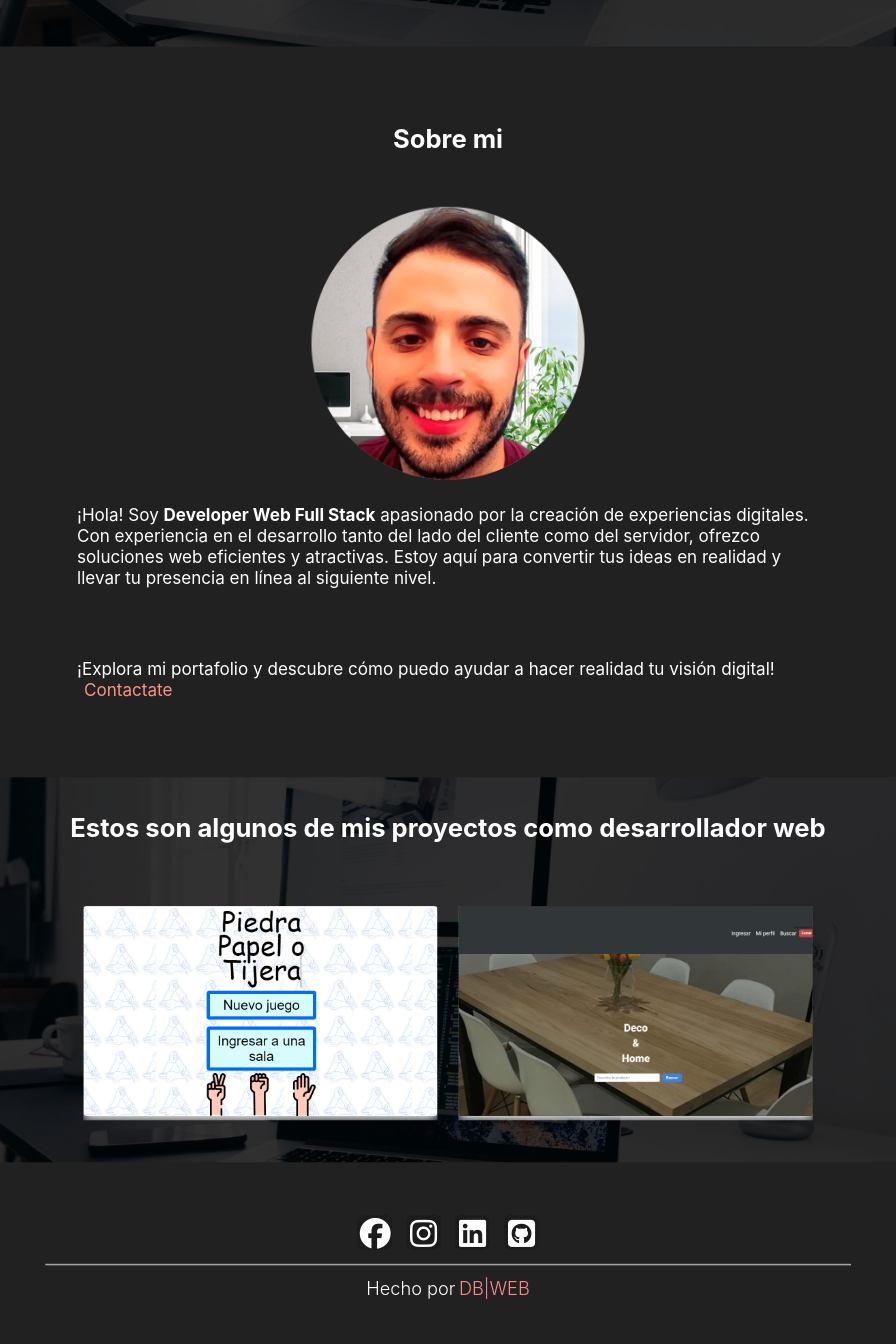
Repository: DamianBermudez94/DB-Porfolio
Page: /
These files come from the project's save history. The page is drawn as it stood at one moment and after the next save; the edit follows.
The browser window is 1280 px wide. The pictures show the part of the page from y = 678 to 2598 px (the page is 2598 px tall), at 70% of full size.
Backgrounds fixed to the window are drawn as part of the page. Some web libraries are served in a nearby version. The project was rebuilt for these pictures with package versions that can differ from the ones it lists, and the page was loaded fresh each time. Also part of the build but not shown: vite.config.js, src/components/Servicios/styles.css, src/components/Servicios/Service.jsx, src/pages/Servicios.jsx, src/components/Conocimientos/Conocimientos.jsx, src/pages/AcerdaDe.jsx, src/components/Contacto/Contact.jsx, src/pages/contacto.jsx and 2 more.

Above is the page before, as saved 2024-03-11 19:00:07.

### index.html
<!DOCTYPE html>
<html lang="en">
  <head>
    <meta charset="utf-8" />
    <link rel="icon" href="./public/image/IconoDB.png" />
    <link rel="apple-touch-icon" href="./public/image/IconoDB.png" />
    <meta name="viewport" content="width=device-width, initial-scale=1" />
    <link rel="manifest" href="./src/manifiesto.json">
    <meta name="theme-color" content="#000000" />
    <!--Estilos-->
    <script
      src="https://kit.fontawesome.com/bdbed0aafa.js"
      crossorigin="anonymous"
    ></script>
    <link rel="preconnect" href="https://fonts.gstatic.com" />
    <link rel="preconnect" href="https://fonts.gstatic.com" />
    <link rel="preconnect" href="https://fonts.gstatic.com" />
    <link rel="preconnect" href="https://fonts.gstatic.com" />
    <link
      href="https://fonts.googleapis.com/css2?family=Raleway:wght@200;300&family=Roboto:wght@100;300&display=swap"
      rel="stylesheet"
    />
    <meta name="author" content="Damián Bermúdez" />
    <meta name="description" content="Porfolio web - Damián Bermúdez" />

    <title>Damián Bermúdez - Developer</title>
  </head>
  <body>
    <div id="root"></div>
    <script type="module" src="/src/main.jsx"></script>
  </body>
</html>

### src/main.jsx
import ReactDOM from "react-dom/client";
import "./index.css";
import App from "./App";
import Modal from 'react-modal';
Modal.setAppElement('#root');
const root = ReactDOM.createRoot(document.getElementById("root"));
root.render(<App />);

### src/index.css
* {
  margin: 0;
  padding: 0;
  box-sizing: border-box;
}
body {
  font-family: -apple-system, BlinkMacSystemFont, "Segoe UI", "Roboto", "Oxygen",
    "Ubuntu", "Cantarell", "Fira Sans", "Droid Sans", "Helvetica Neue",
    sans-serif;
  -webkit-font-smoothing: antialiased;
  -moz-osx-font-smoothing: grayscale;
}

### src/App.jsx
import "./App.css";
import { MisRutas } from "./routers/MisRutas";

function App() {
  return (
    <div className="layout">
      <MisRutas />
    </div>
  );
}

export default App;

### src/App.css
.layout {
  margin: 0 auto;
  background-color: #282c34;
  font-size: calc(10px + 2vmin);
  color: white;
  background-image: url("/public/image/banner-parallax.jpg");
  background-size: cover;
  background-position: center;
  background-attachment: fixed;
}
.layout .container-rutas {
  background-color: rgba(0, 0, 0, 0.8);
  width: 100%;
  height: 100%;
  padding-top: 145px;
}

### src/routers/MisRutas.jsx
import { BrowserRouter, Routes, Route } from "react-router-dom";

import { Inicio } from "../pages/Inicio";
import { Servicios } from "../pages/Servicios";
import { AcerdaDe } from "../pages/AcerdaDe";
import { Contacto } from "../pages/contacto";
import { Proyectos } from "../pages/Proyecto";
import { Error } from "../components/Error";
import { NavHeader } from "../components/header/NavHeader";
import { Footer } from "../components/Footer/Footer";

export const MisRutas = () => {
  return (
    <div className="container-rutas">
      <BrowserRouter>
        {/*Header y navegacion*/}
        <NavHeader />
        {/*Contenido general*/}

        <Routes>
          <Route path="/" element={<Inicio />} />
          <Route path="/inicio" element={<Inicio />} />
          <Route path="/servicios" element={<Servicios />} />
          <Route path="/conocimientos" element={<AcerdaDe />} />
          <Route path="/contacto" element={<Contacto />} />
          <Route path="/proyecto" element={<Proyectos />} />
          <Route path="*" element={<Error />} />
        </Routes>

        {/* Footer*/}
        <Footer />
      </BrowserRouter>
    </div>
  );
};

### src/pages/Inicio.jsx

import { Home } from "../components/Home/Home";
export const Inicio = () => {
  return (
  <div><Home/> </div>
  );
};

### src/components/header/NavHeader.jsx
import { useState, useEffect } from "react";
import { NavLink } from "react-router-dom";
import "./NavHeader.css";
import BurguerButton from "./burgerButton";

export const NavHeader = () => {
  const [clicked, setClicked] = useState(false);
  const [scrolled, setScrolled] = useState(false);
  const handleClick = () => {
    //cuando esta true lo pasa a false y vice versa
    setClicked(!clicked);
  };
  useEffect(() => {
    const handleScroll = () => {
      if (window.scrollY > 50) {
        setScrolled(true);
      } else {
        setScrolled(false);
      }
    };

    window.addEventListener("scroll", handleScroll);

    // Limpiar el event listener en el desmontaje del componente
    return () => {
      window.removeEventListener("scroll", handleScroll);
    };
  }, []);

  return (
    <header className={`header ${scrolled ? "scrolled" : ""}`}>
      <div className="nav-content">
        <div className="logo">
          <NavLink to="/inicio">
            <img
              src={"/image/Logo-DB.png"}
              alt="Damian Bermudez desarrollador web"
            ></img>
          </NavLink>
        </div>

        <BurguerButton
          className="btn-menu"
          clicked={clicked}
          handleClick={handleClick}
        />
        <nav className={`links ${clicked ? "active" : ""}`}>
          <ul>
            <li>
              <NavLink
                to="/inicio"
                onClick={handleClick}
                className={({ isActive }) => (isActive ? "active" : "")}
              >
                Inicio
              </NavLink>
            </li>
            <li>
              <NavLink
                to="/proyecto"
                onClick={handleClick}
                className={({ isActive }) => (isActive ? "active" : "")}
              >
                proyectos
              </NavLink>
            </li>
            <li>
              <NavLink
                to="/servicios"
                onClick={handleClick}
                className={({ isActive }) => (isActive ? "active" : "")}
              >
                servicios
              </NavLink>
            </li>
            <li>
              <NavLink
                to="/conocimientos"
                onClick={handleClick}
                className={({ isActive }) => (isActive ? "active" : "")}
              >
                conocimientos
              </NavLink>
            </li>
            <li>
              <NavLink
                to="/contacto"
                onClick={handleClick}
                className={({ isActive }) => (isActive ? "active" : "")}
              >
                contacto
              </NavLink>
            </li>
          </ul>
        </nav>
      </div>
    </header>
  );
};

### src/components/Footer/Footer.jsx

import './Footer.css'
export const Footer = () => {
  return (
    <footer className="footer">
      <div className="contenedor-footer container">
          <div className="footer-redes__sociales">
              <a href="https://www.facebook.com" className="link-redes_sociales" ><i className="fab fa-facebook facebook"></i></a>
              <a href="https://www.instagram.com" className="link-redes_sociales" ><i className="fab fa-instagram instagran"></i></a>
              <a href="https://www.linkedin.com" className="link-redes_sociales" ><i className="fab fa-linkedin linkedin"></i></a>
              <a href="https:/www.github.com" className="link-redes_sociales" ><i className="fab fa-github-square github"></i></a>
          </div>
          <hr className='footer-linea' />
          <div className="footer-text">
              <p className="title-copy">Hecho por<a className="title-footer" href="https://damianbermudezdev.es/">DB|WEB</a></p>
          </div>
      </div>
    </footer>
  )
}

### src/components/Home/Home.jsx
import { NavLink } from "react-router-dom";
import { ListadoTrabajos } from "../Proyectos/ListaTrabajos";
import "./styles.css";
export const Home = () => {
  return (
    <section className="home">
      <div className="home-welcome">
        <div className="container-home">
          <h1 className="title-welcome" style={{ "--duration": "1s" }}>
            <span style={{ "--delay": " .5s" }}>Hola! Mi nombre es,</span>
            <span className="title-custom" style={{ "--delay": ".6s" }}>
              Damián Bermúdez.
            </span>
            <span className="parrafo-welcome" style={{ "--duration": "1s" }}>
              <span style={{ "--delay": " .7s" }}>
                Developer web full stack.
              </span>
            </span>
          </h1>

          <div className="container-redes_inicio">
            <NavLink
              to="https://www.linkedin.com/in/damian-bermudez-4a4a33204/"
              className="link-redes_sociales"
              target="_blank"
            >
              <i className="fab fa-linkedin linkedin"></i>
            </NavLink>
            <NavLink
              to="https://github.com/DamianBermudez94"
              className="link-redes_sociales"
              target="_blank"
            >
              <i className="fab fa-github-square github"></i>
            </NavLink>
            <a
              className="btn-cv"
              href="./cv-pdf/CVDamianBermudez2023_1_ (1).pdf"
              download="CV-damian-bermudez.pdf"
            >
              Descargar mi CV
            </a>
          </div>
        </div>
      </div>
      <section className="section-me">
        <h2>Sobre mi</h2>
        <div className="container-me" data-animation="diagonal">
          <img
            src={"/image/profile-damianbermudez.png"}
            alt="Damian Bermudez desarrollador web"
          ></img>
          <p>
            ¡Hola! Soy <strong>Developer Web Full Stack</strong> apasionado por
            la creación de experiencias digitales. Con experiencia en el
            desarrollo tanto del lado del cliente como del servidor, ofrezco
            soluciones web eficientes y atractivas. Estoy aquí para convertir
            tus ideas en realidad y llevar tu presencia en línea al siguiente
            nivel.
          </p>
        </div>
        <div className="container-inicio_contacto" data-animation="diagonal">
          <p className="parrafo-contacto">
            ¡Explora mi portafolio y descubre cómo puedo ayudar a hacer realidad
            tu visión digital!{" "}
            <NavLink className="enlace-contacto" to="/contacto">
              Contactate
              <span className="border border-top"></span>
              <span className="border border-right"></span>
              <span className="border border-bottom"></span>
              <span className="border border-left"></span>
            </NavLink>
          </p>
        </div>
      </section>
      <section className="content-proyectos__inicio">
        <h2>Estos son algunos de mis proyectos como desarrollador web</h2>
        <ListadoTrabajos limite="2" />
      </section>
    </section>
  );
};

### src/components/header/NavHeader.css
.header {
  height: 80px;

  max-width: 1200px;
  display: flex;
  justify-content: center;
  align-items: center;
  padding: 10px;
  position: fixed;
  top: 0;
  right: 0;
  left: 0;
  z-index: 1000;
  padding: 10px 20px;
  margin: 0 auto;
  transition: background-color 0.5s ease;
}

/* Cambiar el fondo al hacer scroll */
.header.scrolled {
  background-color: rgba(83, 83, 83, 0.9);
  border-radius: 10px;
  width: 80%;
  display: flex;
  justify-content: center;
  align-items: center;
  position: fixed;

  margin: 0 auto;
}

.nav-content {
  width: 90%;
  height: 80px;

  margin: 0 auto;
  display: flex;
  justify-content: space-around;
  padding: 5px;
  align-items: center;
}
.header .logo img {
  width: 150px;
  height: 100px;
  object-fit: cover;
}

.header nav ul {
  display: flex;
  justify-content: center;
  align-items: center;
  list-style: none;
}
.header li {
  text-decoration: none;
  text-transform: uppercase;
  font-size: 17px;
  font-weight: bold;
  margin: 15px;
}
.header li a {
  text-decoration: none;
  transition: all 300ms;
  color: #f1f1f1;
}
.header .active,
.header a:hover {
  color: rgb(255, 80, 80);
}

.header .btn-menu {
  display: none;
}
@media screen and (max-width: 860px) {
  .header {
    overflow: hidden;
  }

  .header .logo img {
    width: 200px;
  }
  .header nav {
    position: fixed;
    top: 70px;
    left: -140%;
    width: 80%;
    height: calc(100vh - 60px);
    background-color: #fff;
    z-index: 9;
  }
  .links.active {
    width: 100%;
    height: 100vh;
    display: block;
    top: 150px;
    left: 0;
    right: 0;
    margin-left: auto;
    margin-right: auto;
    text-align: center;
    opacity: 1;
    background: rgba(255, 255, 255, 0);
    backdrop-filter: blur(19px);
  }
  .links.close {
    display: none;
  }
  nav ul {
    margin: 0 auto;
    flex-direction: column;
    border-top: 5px solid rgb(255, 1, 1);
    padding: 5px;
  }

  nav ul li {
    width: 100%;
    margin: 10px auto;
    border-bottom: 1px solid rgb(255, 1, 1);
  }
  nav ul li a {
    background: none;
    color: rgb(255, 1, 1);
  }
  body.dark nav ul li a {
    color: #f1f1f1;
  }
  nav ul li a.active {
    background: none;
    color: rgb(0, 0, 0);
  }
  body.dark nav ul li a.active {
    color: rgb(255, 1, 1);
  }
  nav ul li a.active:hover {
    background: none;
    color: rgb(0, 0, 0);
  }
}

### src/components/header/burgerButton.jsx
/* eslint-disable react/prop-types */

import styled from "styled-components";

function BurguerButton(props) {
  return (
    <Burguer>
      <div
        onClick={props.handleClick}
        className={`btn-menu nav-icon-5 ${props.clicked ? "open" : ""}`}
      >
        <span></span>
        <span></span>
        <span></span>
      </div>
    </Burguer>
  );
}

export default BurguerButton;

const Burguer = styled.div`
  /* nav-icon-5 */
  .nav-icon-5 {
    width: 35px;
    height: 30px;
    position: relative;
    cursor: pointer;
    display: flex;
    margin: 25px 50px;
  }
  .nav-icon-5 span {
    background-color: #fff;
    position: absolute;
    border-radius: 2px;
    transition: 0.3s cubic-bezier(0.8, 0.5, 0.2, 1.4);
    width: 100%;
    height: 4px;
    transition-duration: 500ms;
  }
  .nav-icon-5 span:nth-child(1) {
    top: 0px;
    left: 0px;
  }
  .nav-icon-5 span:nth-child(2) {
    top: 13px;
    left: 0px;
    opacity: 1;
  }
  .nav-icon-5 span:nth-child(3) {
    bottom: 0px;
    left: 0px;
  }
  .nav-icon-5:not(.open):hover span:nth-child(1) {
    transform: rotate(-3deg) scaleY(1.1);
  }
  .nav-icon-5:not(.open):hover span:nth-child(2) {
    transform: rotate(3deg) scaleY(1.1);
  }
  .nav-icon-5:not(.open):hover span:nth-child(3) {
    transform: rotate(-4deg) scaleY(1.1);
  }
  .nav-icon-5.open span:nth-child(1) {
    transform: rotate(45deg);
    top: 13px;
  }
  .nav-icon-5.open span:nth-child(2) {
    opacity: 0;
  }
  .nav-icon-5.open span:nth-child(3) {
    transform: rotate(-45deg);
    top: 13px;
  }
  @media screen and (min-width: 860px) {
    .btn-menu {
      display: none;
    }
  }
`;

### src/components/Footer/Footer.css
.footer {
  min-height: 120px;
  line-height: 7px;
  text-align: center;
  font-size: 22px;
  padding: 45px;
  background-color: #212121;
}

.contenedor-footer {
  display: flex;
  flex-direction: column;
  justify-content: center;
  align-content: center;
  margin: 0 auto;
  padding: 20px;
}
.footer-text {
  display: flex;
  justify-content: center;
  align-items: center;
  padding: 10px;
  margin-top: 20px;
}
.title-copy {
  text-align: center;
  font-size: 26px;
  font-weight: 300;
}
.title-footer {
  text-decoration: none;
  color: rgb(252, 136, 136);
  margin-left: 5px;
}
.footer-linea{
  height: 1px;
  width: 100%;

}
body.dark .title-copy {
  color: #f1f1f1;
}

.footer-redes__sociales {
  display: flex;
  justify-content: center;
  align-items: center;
  text-align: center;
  margin-bottom: 10px;
}
.link-redes_sociales {
  text-decoration: none;
  width: 50px;
  height: 50px;
  margin: 10px;
  color: rgb(255, 255, 255);
  background-color: rgb(28, 28, 28);
  border-radius: 10px;
  text-align: center;
  position: relative;
  transition: transform 0.4s;
  font-size: 26px;
  padding: 4px;
}
.link-redes_sociales:hover {
  transform: rotate(45deg);
}
.link-redes_sociales::before {
  content: "";
  position: absolute;
  width: 100%;
  height: 100%;
  opacity: 0;
  background-color: #373737;
  border-radius: 10px;
  transition: opacity 0.2s;
}
.link-redes_sociales:hover::before {
  opacity: 0.4;
}
.link-redes_sociales:nth-child(1)::before {
  background-color: rgb(255, 80, 80);
}
.link-redes_sociales:nth-child(2)::before {
  background-color: rgb(255, 80, 80);
}
.link-redes_sociales:nth-child(3)::before {
  background-color: rgb(255, 80, 80);
}
.link-redes_sociales:nth-child(4)::before {
  background-color: rgb(255, 80, 80);
}

.link-redes_sociales:hover::before {
  transform: translate(-4px, -4px);
  filter: blur(10px);
}

.link-redes_sociales i {
  font-size: 1.7em;
  transition: all 0.4s;
}
.link-redes_sociales:hover i {
  color: #f1f1f1;
  transform: rotate(-45deg);
}

body.dark .redes-sociales i {
  color: #f1f1f1;
}

### src/components/Proyectos/styles.css
/**--Estilos seccion Proyectos--**/

.section-proyectos {
  width: 90%;
  max-width: 1600px;
  display: grid;
  grid-template-columns: repeat(2, 1fr);
  grid-gap: 30px;

  padding: 10px;
  margin: 0 auto;
}
.title-proyectos {
  font-size: 55px;
  margin: auto;
  text-align: center;
  padding: 25px;
}
.card-proyectos {
  display: flex;
  align-items: center;
  flex-direction: column;
  overflow: hidden;
}
.content-proyectos__img img {
  object-fit: cover;
  border-radius: 5px;
  width: 100%;
  height: 300px;
  overflow: hidden;
  box-shadow: 0px 5px 15px 0px #fff;
  cursor: pointer;
}

.card-proyectos span {
  display: block;
  color: white;
  font-size: 18px;
  margin-top: 35px;
}
.card-proyectos h2 {
  display: block;
  color: white;
  margin-top: 5px;
  font-size: 25px;
}
.card-proyectos a {
  color: white;
  text-decoration: none;
  transition: none;
  text-align: center;
}

.content-proyectos__enlace {
  width: 100%;
  display: flex;
  justify-content: center;
  align-items: center;
  padding: 20px;
  margin: 0 auto;
}

.proyectos-enlace {
  width: 40%;
  max-width: 200px;
  text-decoration: none;
  display: flex;
  align-items: center;
  justify-content: center;
  margin: 0 auto;
  font-size: 18px;
  cursor: pointer;
  text-transform: uppercase;
  letter-spacing: 2px;
  color: rgb(255, 0, 0);
  background-color: transparent;
  outline: 2px solid rgb(255, 80, 80);
  border: none;
  border-radius: 8px;
  padding: 10px 20px;
  position: relative;

  overflow: hidden;
  transition: color 1s;
}

.proyectos-enlace:hover {
  color: #000000;
  z-index: 1;
}

.proyectos-enlace::before {
  content: "";
  position: absolute;
  top: 0;
  left: -50px;
  width: 150%;
  height: 100%;
  background-color: rgba(255, 85, 85, 0.5);
  border: none;
  outline: 3px solid rgb(0, 0, 0);
  transform: scaleX(0) skewX(35deg);
  transform-origin: left;
  z-index: -1;
  transition: transform 1s;
}

.proyectos-enlace:hover::before {
  transform: scaleX(1) skewX(35deg);
}

/* Modal personalizado */
.mi-modal {
  width: 600px;

  height: 500px;
  display: flex;
  justify-content: space-between;
  align-items: center;
  background-color: rgba(0, 0, 0, 0.336);
  border-radius: 5px;
  padding: 20px;
  box-shadow: 0 0 10px rgba(247, 10, 10, 0.9);
}
.container-modal{
  display: flex;
  justify-content: space-around;
  padding: 10px;
  flex-direction: column;

}
/* Overlay personalizado */
.mi-modal-overlay {
  color: #fff;
  position: fixed; /* Asegura que el overlay cubra toda la pantalla */
  top: 0;
  left: 0;
  right: 0;
  bottom: 0;
  background-color: rgba(0, 0, 0, 0.281); /* Color de fondo oscuro con opacidad */
  z-index:  1000;
  margin: 0 auto;

}

@media (max-width: 1120px) {
  .section-proyectos {
    display: grid;
    grid-template-columns: repeat(2, 1fr);

    grid-gap: 10px;
  }
}
@media (max-width: 760px) {
  .section-proyectos {
    display: grid;
    grid-template-columns: repeat(1, 1fr);
    grid-gap: 10px;
  }
  .mi-modal {
    width: 400px;

    height: 500px;
    display: flex;
    justify-content: space-between;
    align-items: center;
    background-color: rgba(0, 0, 0, 0.336);
    border-radius: 5px;
    padding: 20px;
    box-shadow: 0 0 10px rgba(247, 10, 10, 0.9);
  }
}
@media (max-width: 480px) {

  .mi-modal {
    width: 300px;


  }
}

Loaded but not shown: src/data/trabajos.js (48 lines, source omitted); src/components/Contacto/styles.css (267 lines, source omitted); src/components/Home/styles.css (238 lines, source omitted); src/components/Proyectos/ListaTrabajos.jsx (102 lines, source omitted); src/components/Conocimientos/styles.css (147 lines, source omitted)

After the next save:
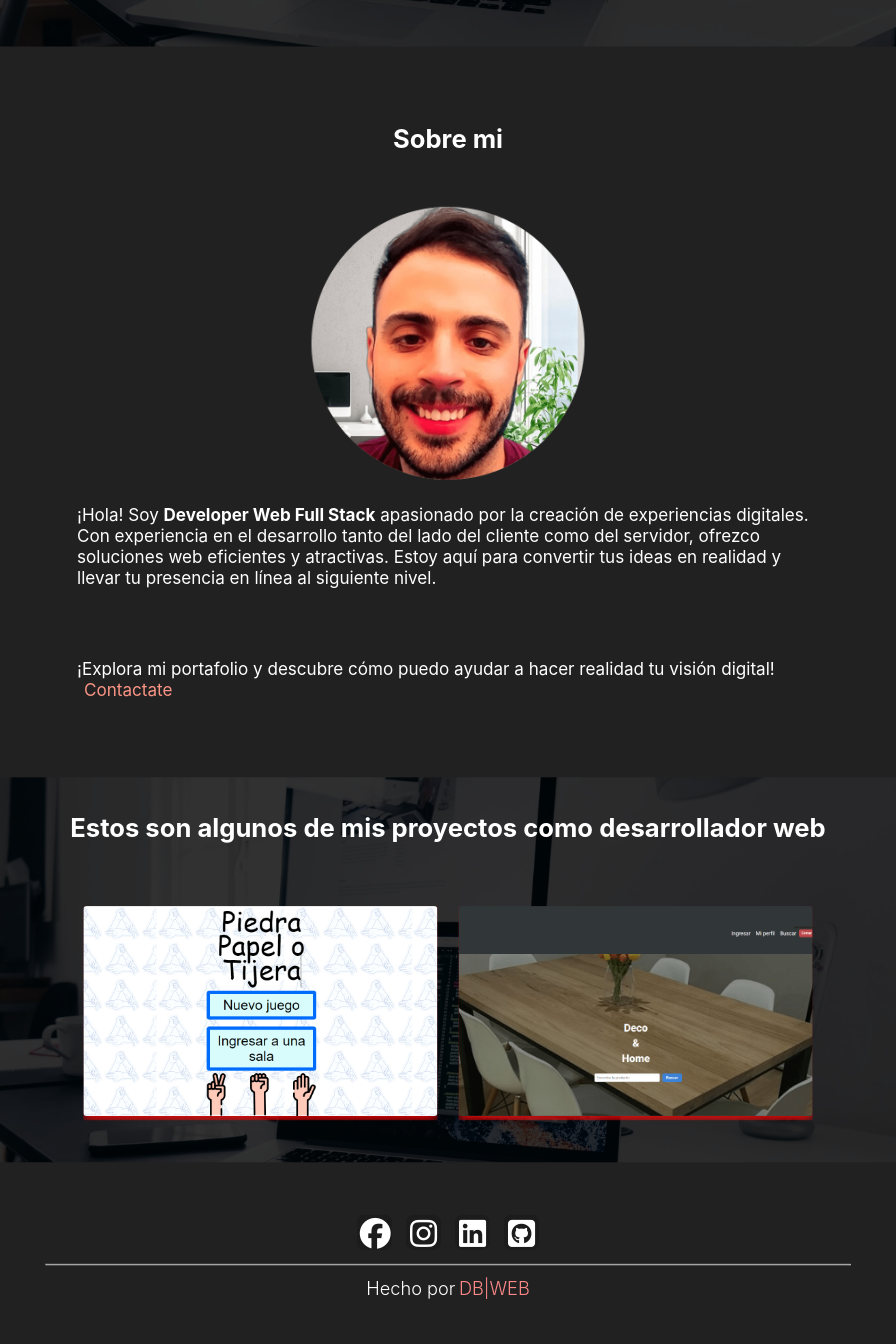
Saved 7 s later.
--- a/src/components/Proyectos/styles.css
+++ b/src/components/Proyectos/styles.css
@@ -28,7 +28,7 @@
   width: 100%;
   height: 300px;
   overflow: hidden;
-  box-shadow: 0px 5px 15px 0px #fff;
+  box-shadow: 0px 5px 15px 0px #ff0505;
   cursor: pointer;
 }
 
